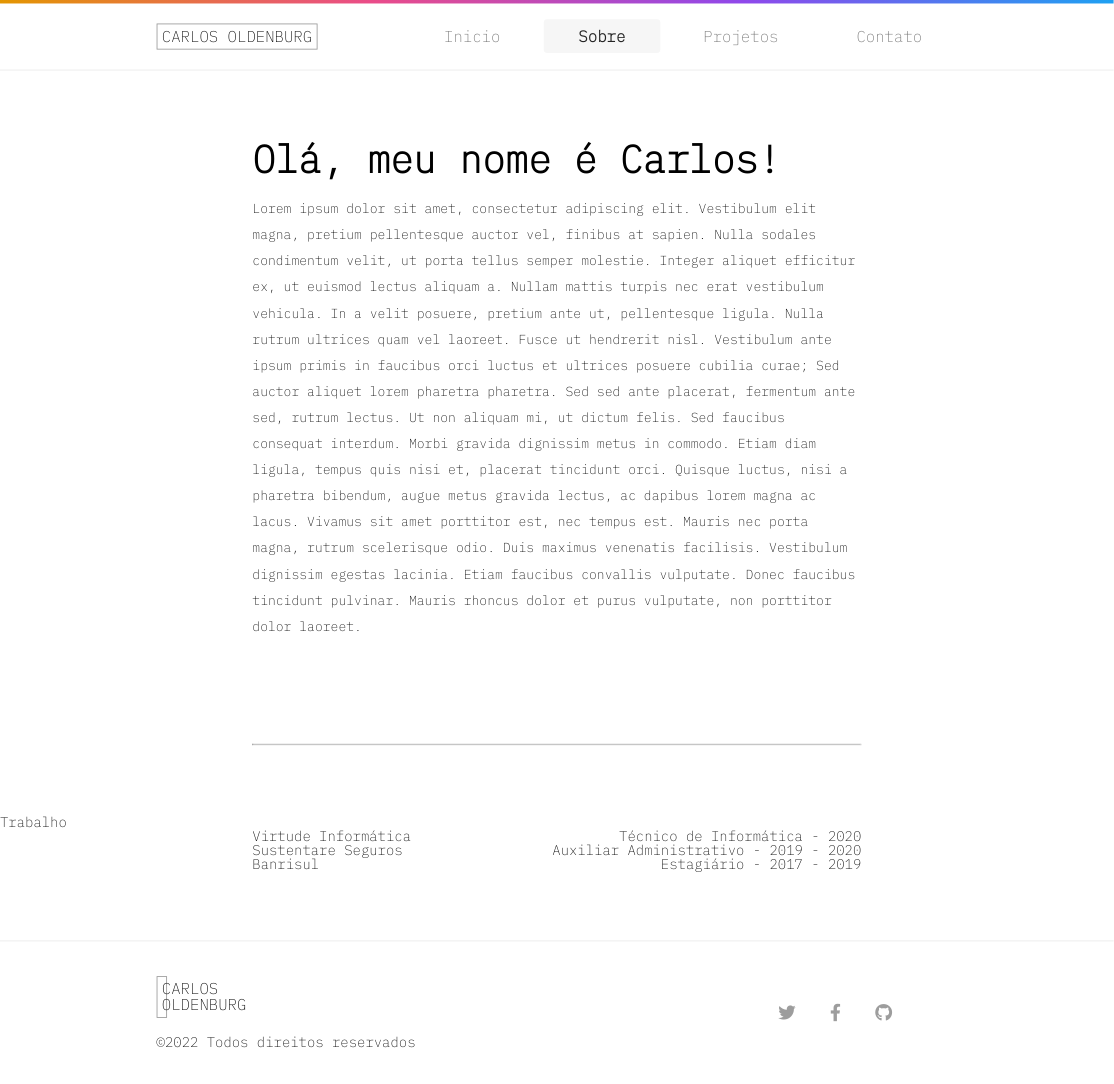
Repository: Carolden/PortfolioCrie
Page: sobre.html
The author's editor kept a copy of each file at every save. The page is drawn from the files as they stood at one save, then again after the next save.
The browser window is 1280 px wide. The pictures show the whole page, at 87% of full size.

Above is the page before, as saved 2023-05-24 10:25:04.

### sobre.html
<!DOCTYPE html>
<html lang="pt-BR">
<head>
    <meta charset="UTF-8">
    <meta http-equiv="X-UA-Compatible" content="IE=edge">
    <meta name="viewport" content="width=device-width, initial-scale=1.0">
    <title>Carlos Eduardo Oldenburg</title>

    <link rel="stylesheet" href="styles/base/reset.css">
    <link rel="stylesheet" href="styles/base/body.css">
    <link rel="stylesheet" href="styles/layout/container.css">
    <link rel="stylesheet" href="styles/layout/footer.css">
    <link rel="stylesheet" href="styles/layout/header.css">
    <link rel="stylesheet" href="styles/layout/index__section.css">
    <link rel="stylesheet" href="styles/components/about__text.css">
    <link rel="stylesheet" href="styles/components/header__a.css">
    <link rel="stylesheet" href="styles/components/header__nav.css">
    <link rel="stylesheet" href="styles/components/hr.css">
    <link rel="stylesheet" href="styles/components/name__box.css">
    <link rel="stylesheet" href="styles/components/project__index.css">
    <link rel="stylesheet" href="styles/components/section__contact.css">
    <link rel="stylesheet" href="styles/components/section__image.css">
    <link rel="stylesheet" href="styles/components/section__p.css">
    <link rel="stylesheet" href="styles/components/section__title.css">
    <link rel="stylesheet" href="styles/components/work.css">
    <link rel="stylesheet" href="sobre.html">

    <link rel="preconnect" href="https://fonts.googleapis.com">
    <link rel="preconnect" href="https://fonts.gstatic.com" crossorigin>
    <link href="https://fonts.googleapis.com/css2?family=IBM+Plex+Mono:wght@200&family=Open+Sans:wght@800&display=swap" rel="stylesheet">
    <link rel="stylesheet" href="https://cdnjs.cloudflare.com/ajax/libs/font-awesome/6.4.0/css/all.min.css">

</head>
<body>

    <header class="header">

        <div class="name__container">
            <h2 class="name__box">CARLOS OLDENBURG</h2>
        </div>

        <nav class="header__nav">
            <a href="index.html" class="header__a">Inicio</a>
            <a href="sobre.html" class="header__a active"> Sobre</a>
            <a href="#" class="header__a">Projetos</a>
            <a href="#" class="header__a">Contato</a>
        </nav>

    </header>

    <section>

        <div class="about__text">

        <h1 class="section__title section--align">Olá, meu nome é Carlos!</h1>
        <p class="section__p about--p">Lorem ipsum dolor sit amet, consectetur adipiscing elit. Vestibulum elit magna, pretium pellentesque auctor vel, finibus at sapien. Nulla sodales condimentum velit, ut porta tellus semper molestie. Integer aliquet efficitur ex, ut euismod lectus aliquam a. Nullam mattis turpis nec erat vestibulum vehicula.

            In a velit posuere, pretium ante ut, pellentesque ligula. Nulla rutrum ultrices quam vel laoreet. Fusce ut hendrerit nisl. Vestibulum ante ipsum primis in faucibus orci luctus et ultrices posuere cubilia curae; Sed auctor aliquet lorem pharetra pharetra. Sed sed ante placerat, fermentum ante sed, rutrum lectus. Ut non aliquam mi, ut dictum felis.

            Sed faucibus consequat interdum. Morbi gravida dignissim metus in commodo. Etiam diam ligula, tempus quis nisi et, placerat tincidunt orci. Quisque luctus, nisi a pharetra bibendum, augue metus gravida lectus, ac dapibus lorem magna ac lacus. Vivamus sit amet porttitor est, nec tempus est.

            Mauris nec porta magna, rutrum scelerisque odio. Duis maximus venenatis facilisis. Vestibulum dignissim egestas lacinia. Etiam faucibus convallis vulputate. Donec faucibus tincidunt pulvinar. Mauris rhoncus dolor et purus vulputate, non porttitor dolor laoreet.</p>

        </div>

    </section>

    <hr class="hr">

    <section class="work">

        <h2 class="work__title">Trabalho</h2>

        <div class="work__container">
            <h3>Virtude Informática</h3>
            <p>Técnico de Informática   -   2020</p>
        </div>

        <div class="work__container">
            <h3>Sustentare Seguros</h3>
            <p>Auxiliar Administrativo   -   2019 - 2020</p>
        </div>

        <div class="work__container">
            <h3>Banrisul</h3>
            <p>Estagiário   -   2017 - 2019</p>
        </div>







    </section>



























    <footer class="footer">

        <div class="name__container footer__column">

            <h2 class="name__box name--footer">CARLOS OLDENBURG</h2>
            <p class="footer__p">©2022 Todos direitos reservados</p>

        </div>

        <div class="footer__column footer__icons">

            <i class="fa-brands fa-twitter contact__icon"></i>
            <i class="fa-brands fa-facebook-f contact__icon"></i>
            <i class="fa-brands fa-github contact__icon"></i>

        </div>

    </footer>

</body>
</html>

### styles/base/body.css
body {
    font-family: 'IBM Plex Mono', monospace;
    overflow-y: scroll;
}

### styles/layout/container.css
.container {
    padding: 0 290px 0 290px;
}

### styles/layout/footer.css
.footer {
    display: flex;
    box-sizing: border-box;
    align-items: center;
    border-top: 1px solid #EAEAEA;
    margin-top: 80px;
    align-items: center;
}

.name--footer {
    margin: 40px 550px 20px 180px;
}

footer p {
    margin: 0 0 40px 180px;
}

.footer__column {
    width: 50%;
}

.footer__icons {
    text-align: center;
}

### styles/layout/header.css
.header {
    display: flex;
    justify-content: space-between;
    height: 80px;
    width: 100%;
    left: 0px;
    top: 4px;
    border-radius: 0px;
    box-sizing: border-box;
    /* position: absolute; */
    align-items: center;
    border-top: 4px;
    border-image: linear-gradient(to right, #E39600, #EA4C89, #8F48EB, #1DA1F2) 1;
    border-style: solid;
}

### styles/layout/index__section.css
.index__section {
    display: flex;
    flex-direction: column;
    align-items: center;
    border-top: 1px solid #EAEAEA;
    padding: 80px 0 50px 0;
}

### styles/components/about__text.css
.about__text {
    /* display: flex; */
    padding: 80px 290px 0 290px;
    align-items: left;
    flex-direction: column;
    border-top: 1px solid #EAEAEA;
}

### styles/components/header__a.css
.header__a {
    padding: 40px;
    text-decoration: none;
    color: #6C6C6C;
    font-size: 18px;
}

.active {
    color: #242424;
    font-weight: 600;
    background: #F6F6F6;
    border-radius: 4px;
    padding-top: 8px;
    padding-bottom: 8px;
}

### styles/components/header__nav.css
.header__nav {
    margin-right: 180px;
}

### styles/components/hr.css
.hr {
    margin: 80px 290px 80px 290px;
    color: #EAEAEA;
}

### styles/components/name__box.css
.name__box {
    border: 1px solid #9D9D9D;
    padding: 5px;
    margin-left: 180px;
    font-size: 18px;
}

### styles/components/project__index.css
.project__h2 {
    padding-bottom: 80px;
    font-size: 24px;
    font-weight: 600;
}

.project__index {
    border: 1px solid #EAEAEA;
    margin: 0 290px 20px 290px;
    display: flex;
    background-color: #FAFAFA;
}

.project__icon {
    font-size: 80px;
    padding: 40px 20px 40px 40px;
    color: #E39600;
}

.project__h3 {
    font-size: 18px;
    font-weight: 600;
    padding: 40px 0 20px 20px;
}

.project__p {
    padding: 0 40px 40px 20px;
}

.icon--color--pink {
    color: #EA4C89;
}

### styles/components/section__contact.css
.section__contact {
    display: flex;
    margin: 0 280px 0 280px;
    align-items: center;
}

.contact__icon {
    padding: 15px;
    font-size: 20px;
    color: #9D9D9D;
}

.contact__button {
    text-decoration: none;
    padding-left: 15px;
    color: #363636;
    font-weight: 600;
    font-size: 15px;
    border: 1px solid #EAEAEA;
    border-radius: 20px;
    background: #FAFAFA;
    padding: 10px 15px;
    margin-left: 15px;
}

### styles/components/section__image.css
.section__image {
    width: 800px;
    height: 800px;
    padding: 40px 0 55px 0;

}

### styles/components/section__p.css
.section__p {
    font-size: 15px;
    font-weight: 400;
    line-height: 30px;
    letter-spacing: 0em;
    text-align: left;
    margin: 0 280px 0 280px;
}

.about--p {
    margin: 0;
    padding-bottom: 40px;
}

### styles/components/section__title.css
.section__title {
    font-size: 44px;
    font-weight: 600;
}

.section--align {
    text-align: left;
    padding-bottom: 20px;
}

### styles/components/work.css
.work__title {
    margin: 40px 0 20 290px;
}

.work__container {
    display: flex;
    justify-content: space-between;
    margin-left: 290px;
    margin-right: 290px;
}

Loaded but not shown: styles/base/reset.css (common file)

After the next save:
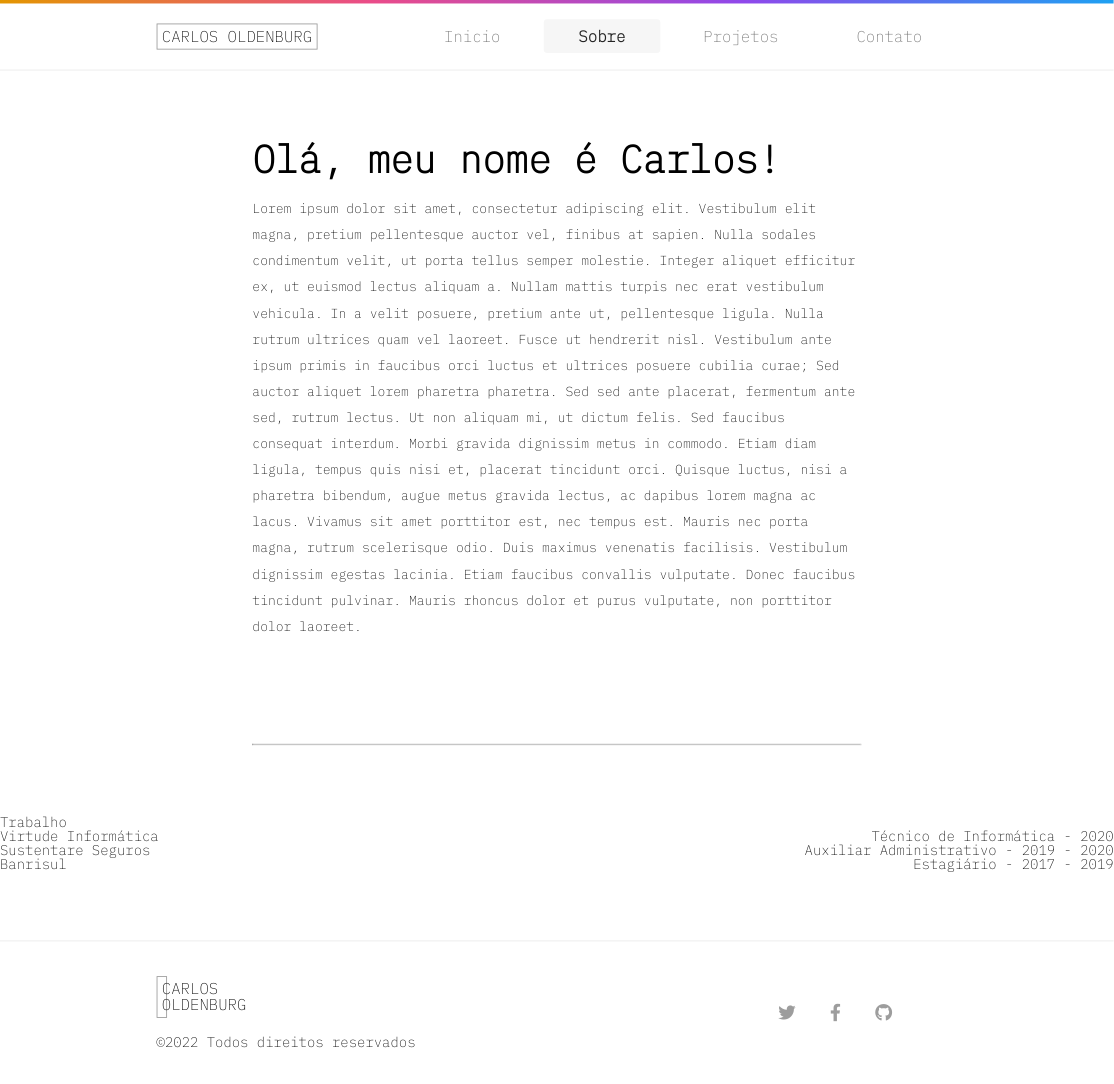
Saved 78 s later.
--- a/styles/components/work.css
+++ b/styles/components/work.css
@@ -5,6 +5,10 @@
 .work__container {
     display: flex;
     justify-content: space-between;
+
+}
+
+.word {
     margin-left: 290px;
     margin-right: 290px;
 }
